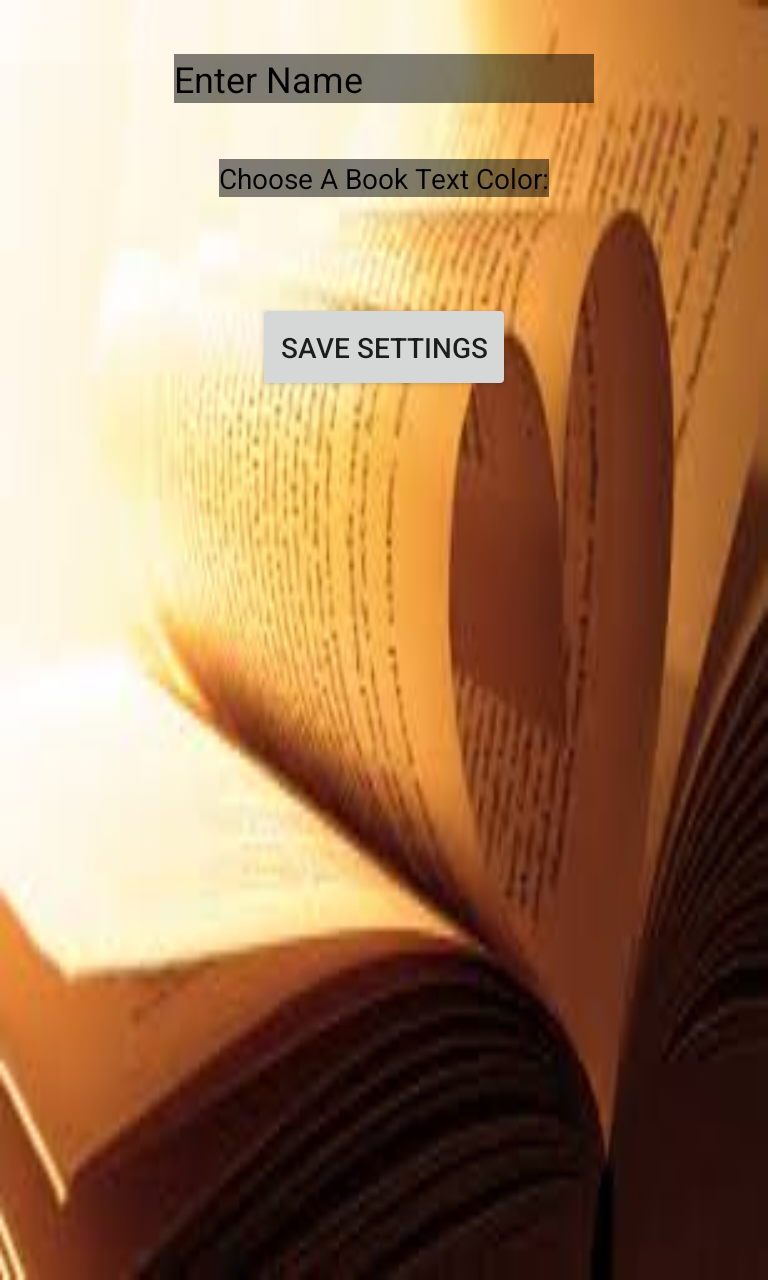
Repository: arianaantonio/MDF3_Antonio
Layout: Readable/res/layout/activity_main.xml
The author's editor kept a copy of each file at every save. The layout is drawn from the files as they stood at one save, then again after the next save.
It is drawn on a 768 x 1280 px phone screen (xhdpi) without system bars, with theme AppTheme; the app's code is not run. The app's manifest (not shown) leaves right-to-left support off. So textAlignment, textDirection and layoutDirection are ignored, and left and right values win over start and end ones.

Above is the layout before, as saved 2014-08-21 03:21:04.

### Readable/res/layout/activity_main.xml
<RelativeLayout xmlns:android="http://schemas.android.com/apk/res/android"
    xmlns:tools="http://schemas.android.com/tools"
    android:layout_width="match_parent"
    android:layout_height="match_parent"
    tools:context="${relativePackage}.${activityClass}"
    android:background="@drawable/images1" >

    <Button
        android:id="@+id/button1"
        android:layout_width="wrap_content"
        android:layout_height="wrap_content"
        android:layout_below="@+id/spinner1"
        android:layout_centerHorizontal="true"
        android:layout_marginTop="51dp"
        android:text="@string/button" />

    <EditText
        android:id="@+id/editText1"
        android:layout_width="wrap_content"
        android:layout_height="wrap_content"
        android:layout_alignParentTop="true"
        android:layout_centerHorizontal="true"
        android:layout_marginTop="27dp"
        android:background="@color/transparentBlack"
        android:ems="10"
        android:hint="@string/name"
        android:textColorHint="@color/black" />

    <Spinner
        android:id="@+id/spinner1"
        android:layout_width="wrap_content"
        android:layout_height="wrap_content"
        android:layout_alignParentLeft="true"
        android:layout_below="@+id/textView2"
        android:background="@color/transparentBlack"
        android:gravity="center"
        android:textAlignment="center" />

    <TextView
        android:id="@+id/textView2"
        android:layout_width="wrap_content"
        android:layout_height="wrap_content"
        android:layout_below="@+id/editText1"
        android:layout_centerHorizontal="true"
        android:layout_marginTop="28dp"
        android:background="@color/transparentBlack"
        android:text="@string/backgroundColor"
        android:textColor="@color/black"
        android:textColorHint="@color/black" />

</RelativeLayout>

### Readable/res/values/strings.xml
<?xml version="1.0" encoding="utf-8"?>
<resources>

    <string name="app_name">Readable</string>
    <string name="username">Enter Your Name:</string>
    <string name="nextBook">Next Book:</string>
    <color name="lavender">#50cba1e6</color>
    <string name="backgroundColor">Choose A Book Text Color:</string>
    <string name="button">Save Settings</string>
    <dimen name="widget_margin">8dp</dimen>
    <string name="widget_button">Book Details On Amazon</string>
    <string name="detailactivity">Book Details</string>
    <color name="black">#000000</color>
    <string name="name">Enter Name</string>
    <color name="lightgrey">#65D3D3D3</color>
    <color name="transparentBlack">#80000000</color>

</resources>

Loaded but not shown: Readable/res/values/styles.xml (common file); Readable/res/values-v11/styles.xml (common file); Readable/res/values-v14/styles.xml (common file)

After the next save:
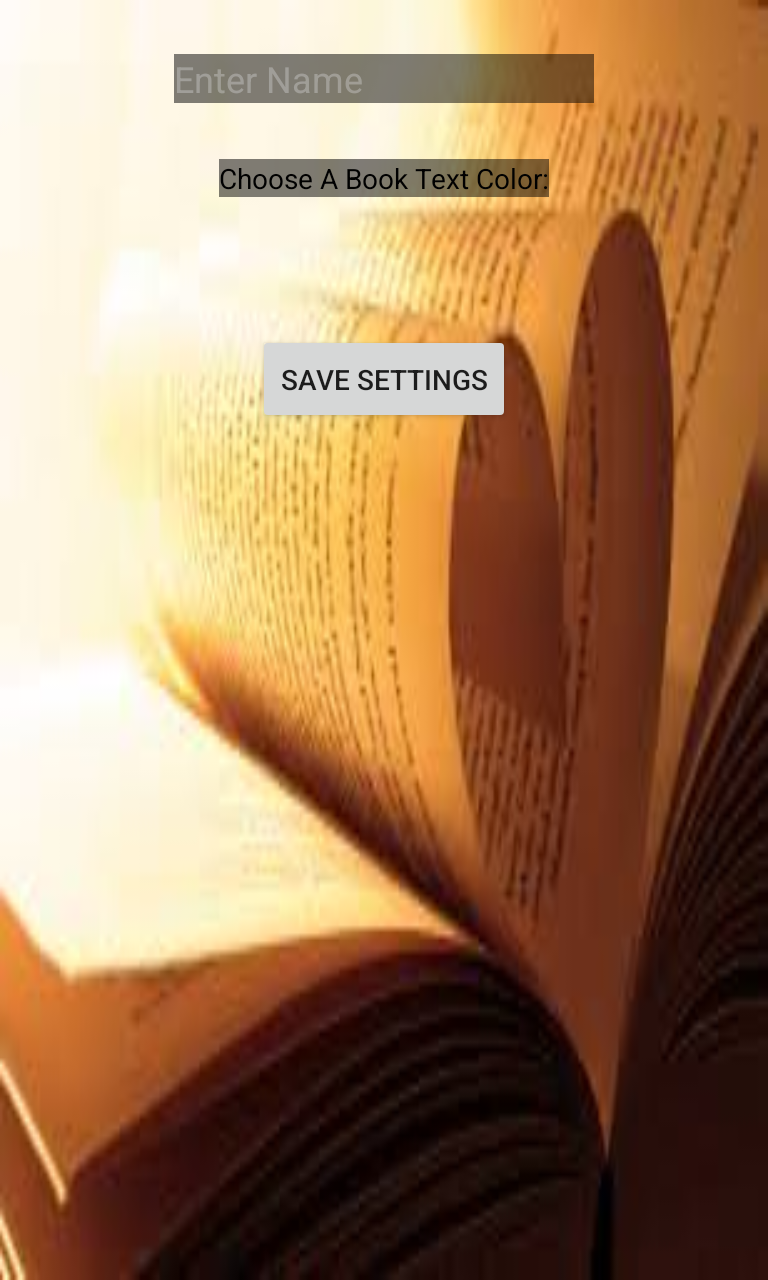
Saved 22 s later.
--- a/Readable/res/layout/activity_main.xml
+++ b/Readable/res/layout/activity_main.xml
@@ -24,17 +24,7 @@
         android:background="@color/transparentBlack"
         android:ems="10"
         android:hint="@string/name"
-        android:textColorHint="@color/black" />
-
-    <Spinner
-        android:id="@+id/spinner1"
-        android:layout_width="wrap_content"
-        android:layout_height="wrap_content"
-        android:layout_alignParentLeft="true"
-        android:layout_below="@+id/textView2"
-        android:background="@color/transparentBlack"
-        android:gravity="center"
-        android:textAlignment="center" />
+        android:textColorHint="@color/lightgrey" />
 
     <TextView
         android:id="@+id/textView2"
@@ -48,4 +38,15 @@
         android:textColor="@color/black"
         android:textColorHint="@color/black" />
 
+    <Spinner
+        android:id="@+id/spinner1"
+        android:layout_width="wrap_content"
+        android:layout_height="wrap_content"
+        android:layout_alignParentLeft="true"
+        android:layout_below="@+id/textView2"
+        android:layout_marginTop="16dp"
+        android:background="@color/transparentBlack"
+        android:gravity="center"
+        android:textAlignment="center" />
+
 </RelativeLayout>
